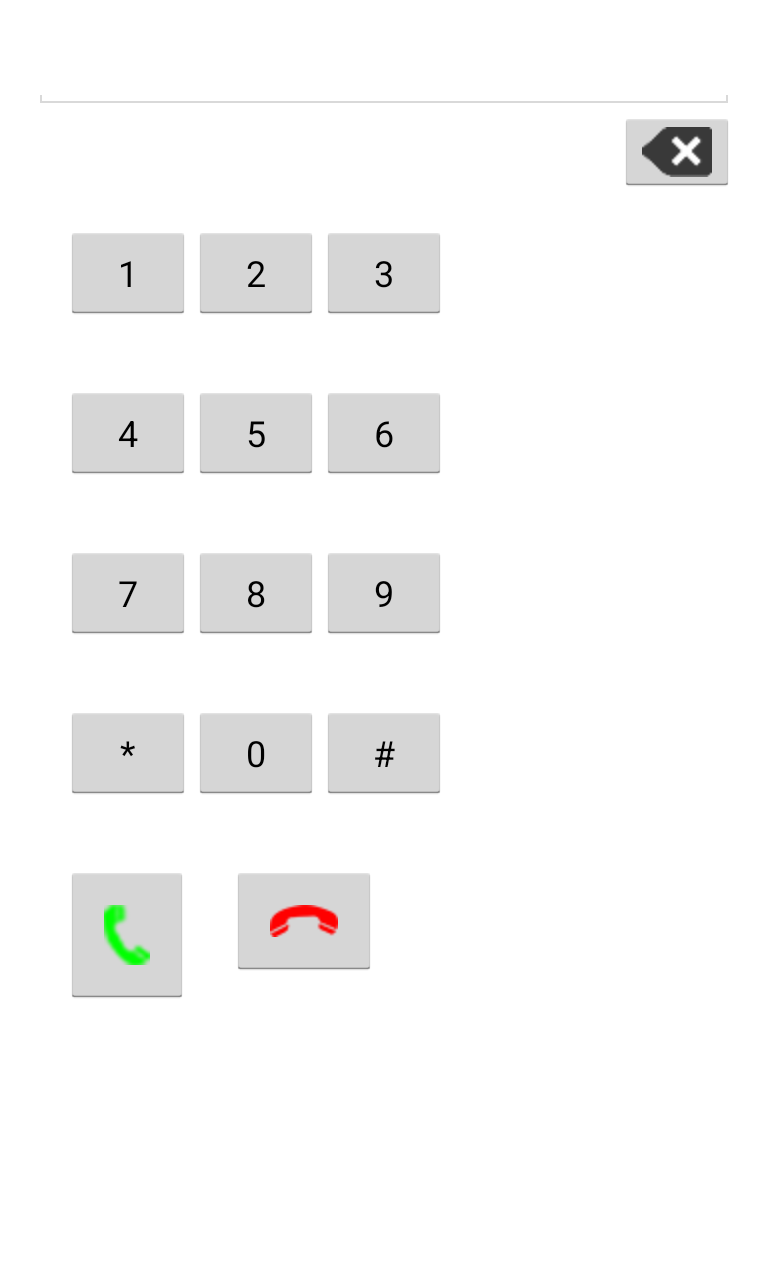
Repository: andreeastoican/Laborator03
Layout: PhoneDialer/res/layout/activity_phone_dialer.xml
These files come from the project's save history. The layout is drawn as it stood at one moment and after the next save; the edit follows.
It is drawn on a 768 x 1280 px phone screen (xhdpi) without system bars, with theme AppTheme; the app's code is not run.

Above is the layout before, as saved 2015-03-10 09:45:48.

After the next save:
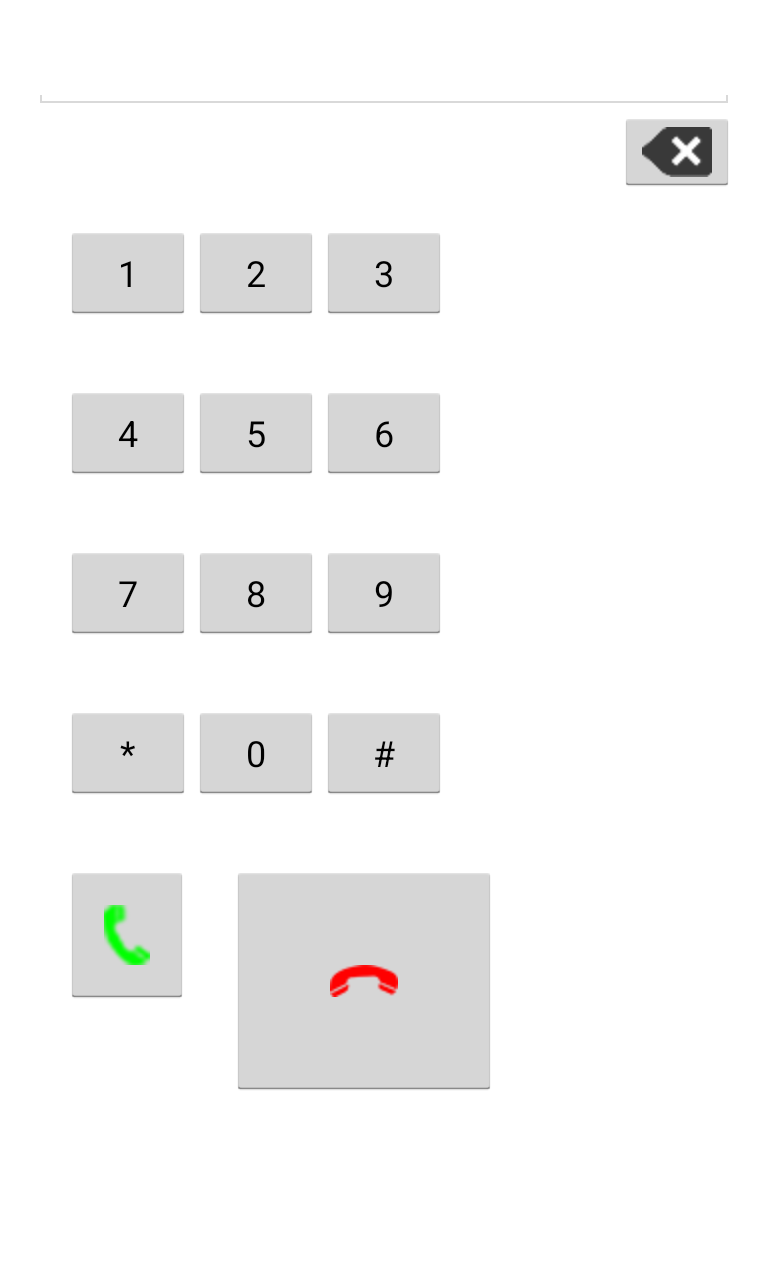
Saved 12 s later.
--- a/PhoneDialer/res/layout/activity_phone_dialer.xml
+++ b/PhoneDialer/res/layout/activity_phone_dialer.xml
@@ -178,7 +178,7 @@
 	        android:layout_height="wrap_content"
 	        android:text="#"
 	        android:layout_toRightOf="@id/img_on"
-	        android:padding="20dp"
+	        android:padding="50dp"
 	        android:layout_marginLeft="20dp"
 	        android:src="@drawable/hangup"
 		    />
